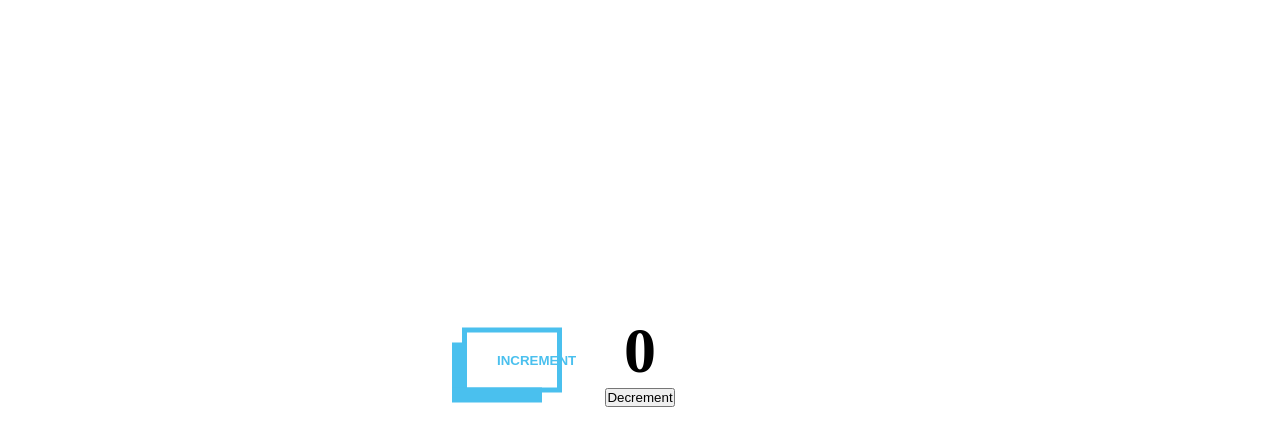
Repository: Ellisvelandia/react_introduction_test
Page: /
These files come from the project's save history. The page is drawn as it stood at one moment and after a run of saves; the edit follows.
The browser window is 1280 px wide. The pictures show the whole page.
The project was rebuilt for these pictures with package versions that can differ from the ones it lists, and the page was loaded fresh each time. Also part of the build but not shown: src/index.css.

Above is the page before, as saved 2022-08-15 20:00:53.

After the next 2 saves:
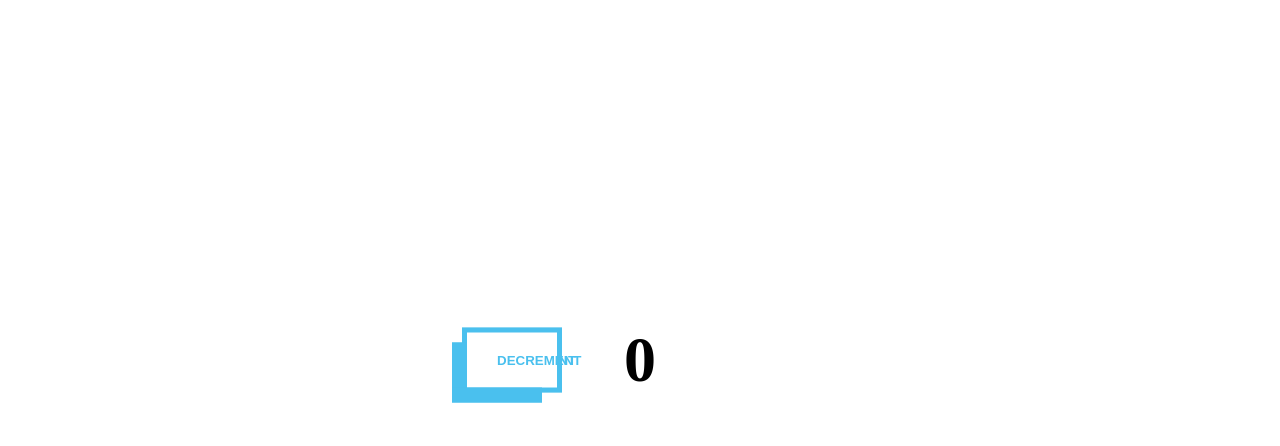
The 2 saves are shown as one change because they came seconds apart.
The last was saved 17 s later.
--- a/src/App.js
+++ b/src/App.js
@@ -21,7 +21,7 @@ const App = () => {
       <div className="container">
         <h1>{num}</h1>
         <button className="button_I" onClick={incrementNum}>Increment</button>
-        <button onClick={decrementNum}>Decrement</button>
+        <button className="button_D" onClick={decrementNum}>Decrement</button>
       </div>
     </>
   );
